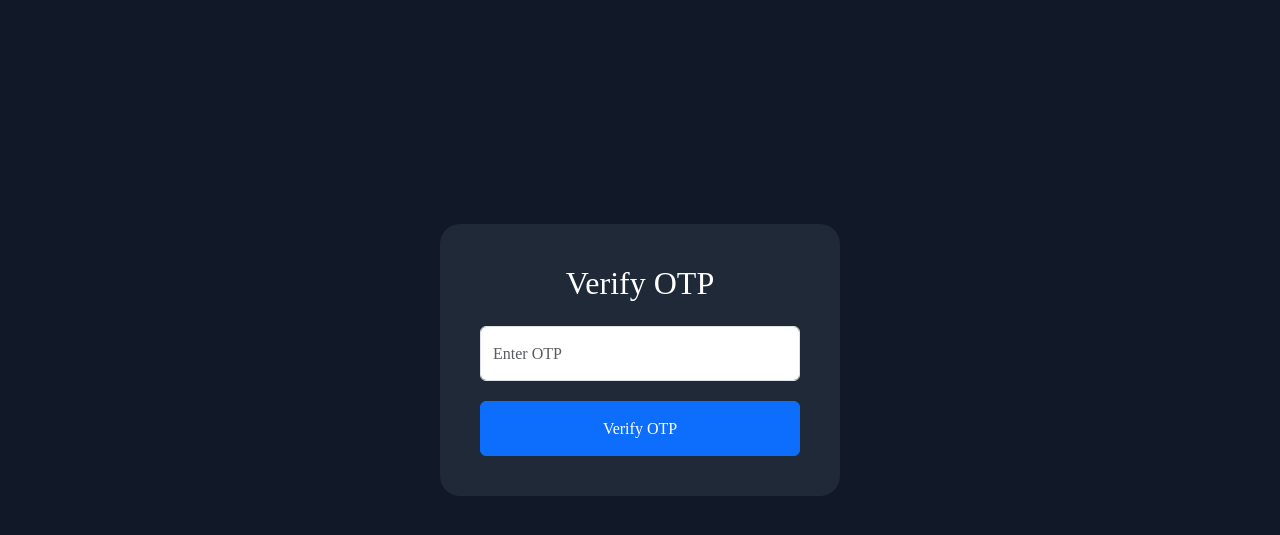
Repository: shiwamshete24-cmyk/eccomerce-laptop-website
Page: http://localhost/eccomerce_laptop_website/verify_otp.jsp
The author's editor kept a copy of each file at every save. The page is drawn from the files as they stood at one save, then again after the next save.
The browser window is 1280 px wide. The pictures show the whole page.
The page is served by Tomcat 10. Other server files are loaded and not shown.

Above is the page before, as saved 2026-05-27 13:55:58.

### eccomerce laptop website/src/main/webapp/verify_otp.jsp
<%@ page language="java"
contentType="text/html; charset=UTF-8"
pageEncoding="UTF-8"%>

<!DOCTYPE html>
<html>

<head>

<meta charset="UTF-8">

<title>

	Verify OTP

</title>

<link
href="https://cdn.jsdelivr.net/npm/bootstrap@5.3.2/dist/css/bootstrap.min.css"
rel="stylesheet">

<style>

body{

	height:100vh;

	display:flex;

	justify-content:center;

	align-items:center;

	background:#111827;

	font-family:Poppins;

}

.otp-box{

	width:400px;

	background:#1f2937;

	padding:40px;

	border-radius:20px;

	color:white;

}

input{

	height:55px !important;

	margin-bottom:20px;

}

button{

	height:55px;

}

</style>

</head>

<body>

<div class="otp-box">

	<h2 class="text-center mb-4">

		Verify OTP

	</h2>

	<form
	action="VerifyOtp"
	method="post">

		<input
		type="text"
		name="otp"
		class="form-control"
		placeholder="Enter OTP"
		required>

		<button
		class="btn btn-primary w-100">

			Verify OTP

		</button>

	</form>

</div>

</body>

</html>

After the next save:
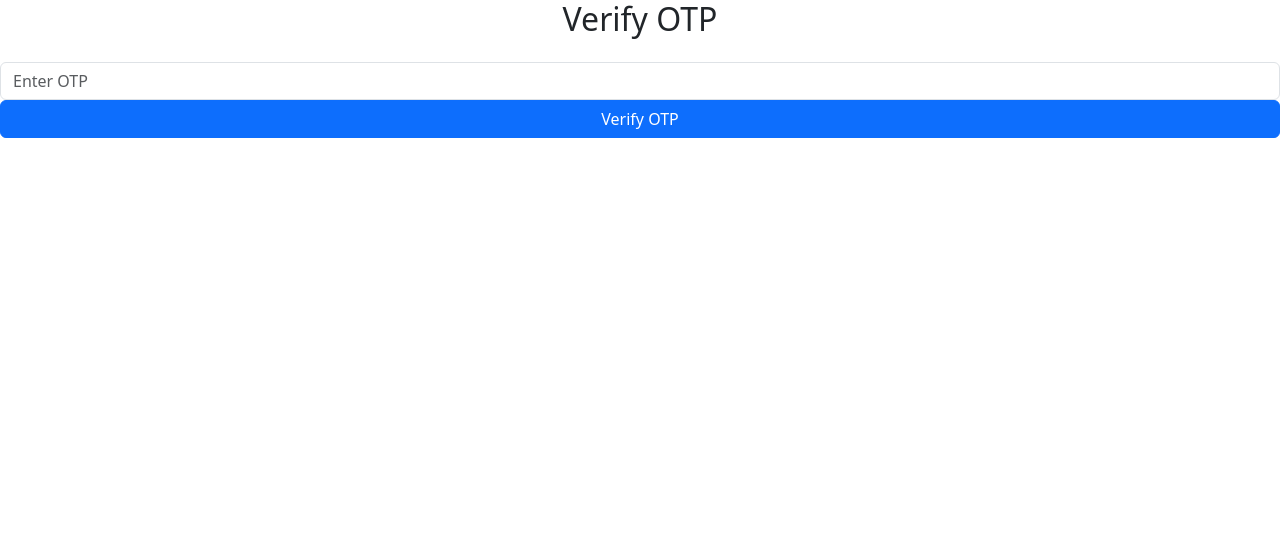
Saved 26 s later.
--- a/eccomerce laptop website/src/main/webapp/verify_otp.jsp
+++ b/eccomerce laptop website/src/main/webapp/verify_otp.jsp
@@ -19,53 +19,7 @@ pageEncoding="UTF-8"%>
 href="https://cdn.jsdelivr.net/npm/bootstrap@5.3.2/dist/css/bootstrap.min.css"
 rel="stylesheet">
 
-<style>
 
-body{
-
-	height:100vh;
-
-	display:flex;
-
-	justify-content:center;
-
-	align-items:center;
-
-	background:#111827;
-
-	font-family:Poppins;
-
-}
-
-.otp-box{
-
-	width:400px;
-
-	background:#1f2937;
-
-	padding:40px;
-
-	border-radius:20px;
-
-	color:white;
-
-}
-
-input{
-
-	height:55px !important;
-
-	margin-bottom:20px;
-
-}
-
-button{
-
-	height:55px;
-
-}
-
-</style>
 
 </head>
 
